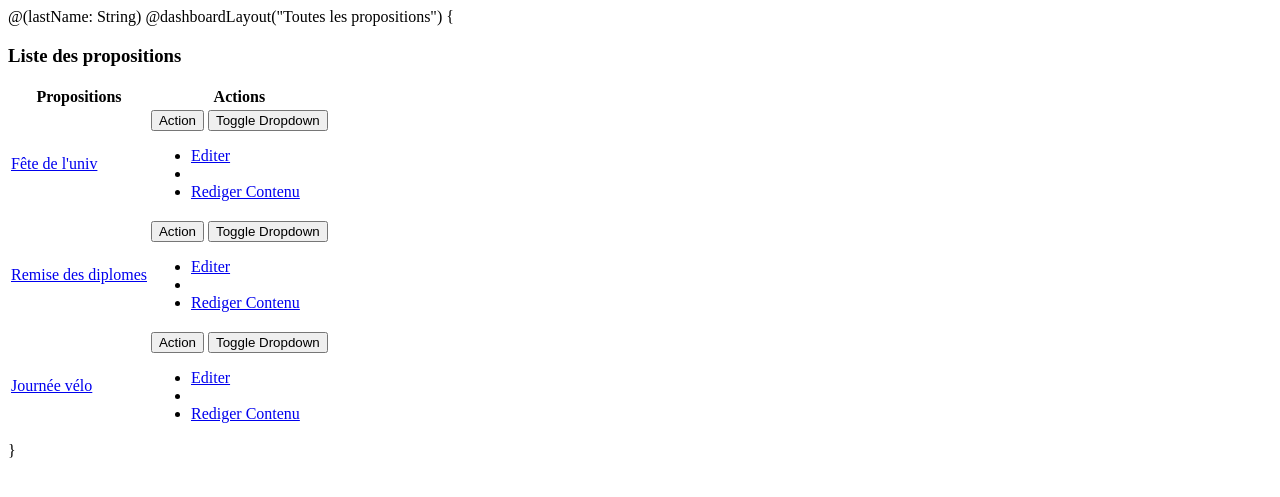
Repository: spirale-software/labo_master
Page: Application/oneDotCom/app/views/proposals.scala.html
These files come from the project's save history. The page is drawn as it stood at one moment and after the next save; the edit follows.
The browser window is 1280 px wide. The pictures show the whole page.

Above is the page before, as saved 2017-03-26 20:43:15.

### Application/oneDotCom/app/views/proposals.scala.html
@(lastName: String)

@dashboardLayout("Toutes les propositions") {
<meta content="text/html; charset=UTF-8" http-equiv="Content-Type">
	<div class="panel panel-default">
                <!-- Default panel contents -->
                <div class="panel-heading"><h3>Liste des propositions</h3></div>

                <!-- Table -->
                <table class="table table-striped">
                    <tr>
                        <th>Propositions</th>
                        <th>Actions</th>
                    </tr>
                    <tr>
                        <td>
                            <p><a href="#">Fête de l'univ</a></p>
                        </td>
                        <td>
                            <!-- Split button -->
                            <div class="btn-group">
                                <button type="button" class="btn btn-default">Action</button>
                                <button type="button" class="btn btn-default dropdown-toggle" data-toggle="dropdown" aria-haspopup="true" aria-expanded="false">
                                    <span class="caret"></span>
                                    <span class="sr-only">Toggle Dropdown</span>
                                </button>
                                <ul class="dropdown-menu">
                                    <li><a href="#">Editer</a></li>
                                    <li role="separator" class="divider"></li>
                                    <li><a href="#">Rediger Contenu</a></li>
                                </ul>
                            </div>
                        </td>
                    </tr>

                    <tr>
                        <td>
                            <p><a href="#">Remise des diplomes</a></p>
                        </td>
                        <td>
                            <!-- Split button -->
                            <div class="btn-group">
                                <button type="button" class="btn btn-default">Action</button>
                                <button type="button" class="btn btn-default dropdown-toggle" data-toggle="dropdown" aria-haspopup="true" aria-expanded="false">
                                    <span class="caret"></span>
                                    <span class="sr-only">Toggle Dropdown</span>
                                </button>
                                <ul class="dropdown-menu">
                                    <li><a href="#">Editer</a></li>
                                    <li role="separator" class="divider"></li>
                                    <li><a href="#">Rediger Contenu</a></li>
                                </ul>
                            </div>
                        </td>
                    </tr>

                    <tr>
                        <td>
                            <p><a href="#">Journée vélo</a></p>
                        </td>
                        <td>
                            <!-- Split button -->
                            <div class="btn-group">
                                <button type="button" class="btn btn-default">Action</button>
                                <button type="button" class="btn btn-default dropdown-toggle" data-toggle="dropdown" aria-haspopup="true" aria-expanded="false">
                                    <span class="caret"></span>
                                    <span class="sr-only">Toggle Dropdown</span>
                                </button>
                                <ul class="dropdown-menu">
                                    <li><a href="#">Editer</a></li>
                                    <li role="separator" class="divider"></li>
                                    <li><a href="#">Rediger Contenu</a></li>
                                </ul>
                            </div>
                        </td>
                    </tr>


                </table>
            </div>

}

After the next save:
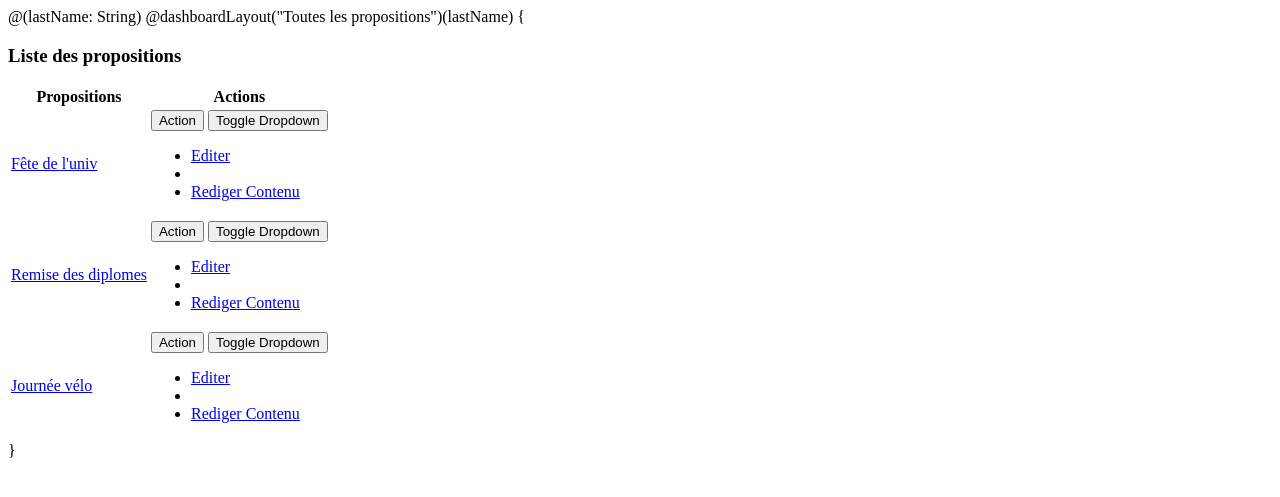
Saved 10 s later.
--- a/Application/oneDotCom/app/views/proposals.scala.html
+++ b/Application/oneDotCom/app/views/proposals.scala.html
@@ -1,6 +1,6 @@
 @(lastName: String)
 
-@dashboardLayout("Toutes les propositions") {
+@dashboardLayout("Toutes les propositions")(lastName) {
 <meta content="text/html; charset=UTF-8" http-equiv="Content-Type">
 	<div class="panel panel-default">
                 <!-- Default panel contents -->
